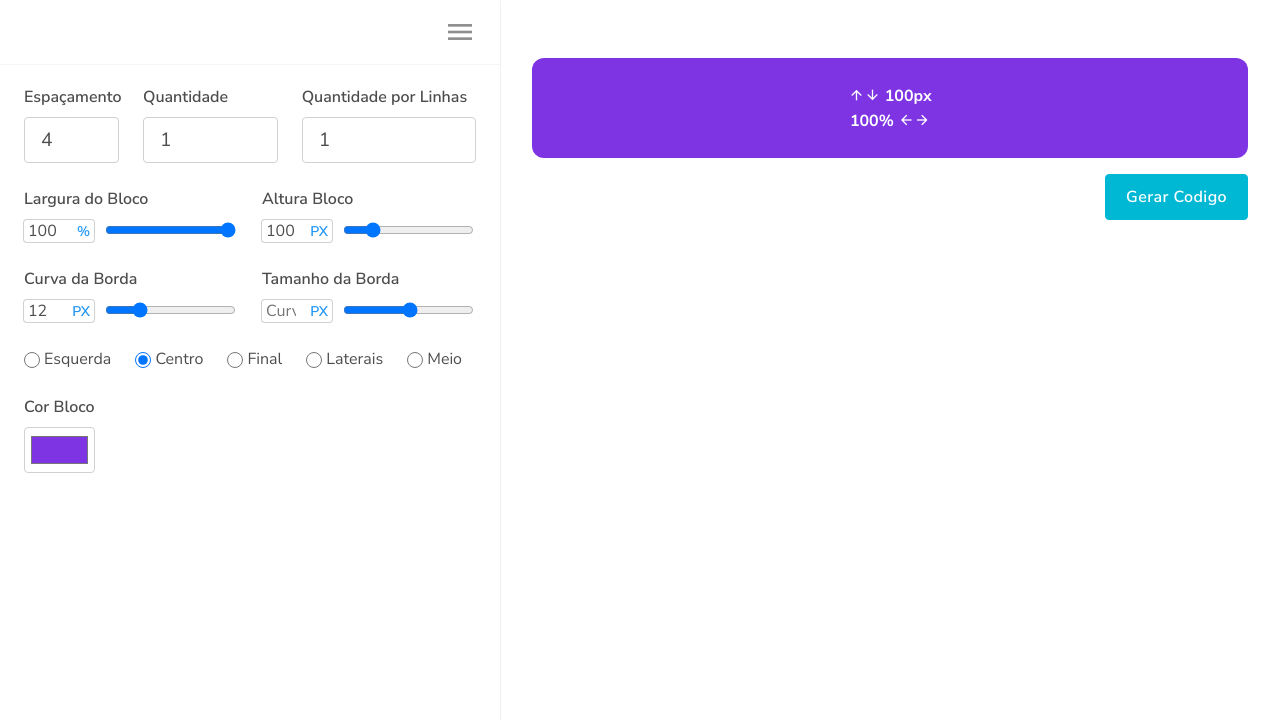
Repository: Flintdl/lowcode-elements
Page: /
An editor plug-in stored every save of this project. The page is shown before and after the next save, followed by the edit.
The browser window is 1280 px wide. The pictures show the whole page.
The project was rebuilt for these pictures with package versions that can differ from the ones it lists, and the page was loaded fresh each time. Also part of the build but not shown: vue.config.js.

Above is the page before, as saved 2022-04-05 14:35:30.

### src/components/Menu/MenuTemplate.vue
<template>
  <div>
    <div
      class="ham burger-link-mobile sf-display-flex sf-display-md-none"
      @click="menu"
    >
      <i class="mdi mdi-menu sf-text-xlg sf-text-muted sf-dropdown-action"></i>
    </div>
    <nav class="sf-menu">
      <div class="sf-menu-header">
        <div
          @click="menu"
          class="hamburger-link sf-display-none sf-display-md-block"
        >
          <i
            class="mdi mdi-menu sf-text-xlg sf-text-muted sf-dropdown-action"
          ></i>
        </div>
      </div>
      <div class="sf-menu-body">
        <ul class="sf-menu-ul">
          <li class="sf-menu-li sf-px-4">
            <div class="sf-row">
              <InputGapTemplate
                :valorInput="inputGap"
                v-on:callback="getValorCampo"
              />
              <InputQuantidadeTemplate
                :valorInput="inputQuantidade"
                v-on:callback="getValorCampoQuantidade"
              />
              <InputQuantLinhasTemplate
                :valorInput="inputQuantidadeLinha"
                v-on:callback="getValorCampoQuantidadeLinha"
              />
              <InputLarguraBloco
                :valorInput="inputRange"
                v-on:callback="getValorLarguraBloco"
              />
              <InputAlturaBloco
                :valorInput="valorHeight"
                v-on:callback="getValorAlturaBloco"
              />
              <InputBorderRadiusBloco
                :valorInput="inputBorderRadius"
                v-on:callback="getValorRadiusBloco"
              />
              <InputBorderBloco
                :valorInput="inputBorder"
                v-on:callback="getValorBorderBloco"
              />
            </div>
            <InputPosicaoBloco
              :valorInput="checkValue"
              v-on:callback="getValorPosicaoBloco"
            />
            <div class="sf-row">
              <div class="sf-col-auto sf-form-group">
                <label class="sf-label">Cor Bloco</label>
                <input
                  type="color"
                  id="inputColor"
                  v-model="inputColor"
                  class="sf-p-1 sf-text-capitalize"
                  placeholder="Quantidade de Blocos"
                />
              </div>
            </div>
          </li>
        </ul>
      </div>
    </nav>
    <div class="sf-content-page">
      <HomeView
        :valor="inputRange"
        :inputGap="inputGap"
        :valorHeight="valorHeight"
        :quantidade="parseInt(inputQuantidade)"
        :quantidadeLinha="inputQuantidadeLinha"
        :inputBorderRadius="inputBorderRadius"
        :checkValue="checkValue"
        :inputColor="inputColor"
      />
    </div>
    <div class="ga-mascara-fundo" @click="mask"></div>
  </div>
</template>

<script>
import HomeView from "@/views/HomeView.vue";
import InputGapTemplate from "@/components/templates/InputGapTemplate.vue";
import InputQuantidadeTemplate from "@/components/templates/InputQuantidadeTemplate.vue";
import InputQuantLinhasTemplate from "@/components/templates/InputQuantLinhasTemplate.vue";
import InputLarguraBloco from "@/components/templates/InputLarguraBloco.vue";
import InputAlturaBloco from "@/components/templates/InputAlturaBloco.vue";
import InputBorderRadiusBloco from "@/components/templates/InputBorderRadiusBloco.vue";
import InputBorderBloco from "@/components/templates/InputBorderBloco.vue";
import InputPosicaoBloco from "@/components/templates/InputPosicaoBloco.vue";
import image from "@/assets/logo-soften.webp";

export default {
  name: "MenuTemplate",
  data: function () {
    return {
      inputQuantidade: (this.inputQuantidade = "1"),
      inputQuantidadeLinha: (this.inputQuantidadeLinha = "1"),
      inputBorderRadius: (this.inputBorderRadius = "12"),
      inputRange: (this.inputRange = "100"),
      valorHeight: (this.valorHeight = "100"),
      inputGap: (this.inputGap = "4"),
      checkValue: (this.checkValue = "center"),
      inputColor: (this.inputColor = "#7e34e3"),
      inputBorder: (this.inputBorder = "3px"),
      image: image,
    };
  },
  components: {
    HomeView,
    InputGapTemplate,
    InputQuantidadeTemplate,
    InputQuantLinhasTemplate,
    InputLarguraBloco,
    InputAlturaBloco,
    InputPosicaoBloco,
    InputBorderRadiusBloco,
    InputBorderBloco,
  },
  beforeMount() {
    if (window.innerWidth >= 768) {
      if (localStorage.getItem("menu") === "fechado") {
        document.body.classList.add("menu-fechado");
      } else {
        document.body.classList.remove("menu-fechado");
      }
    }

    (function () {
      var current = window.location.pathname.split("")[0];
      if (current === "") return;
      var menuItems = document.querySelectorAll(".sf-menu-list-link");
      for (var i = 0, len = menuItems.length; i < len; i++) {
        if (menuItems[i].getAttribute("href").indexOf(current) !== -1) {
          menuItems[i].className += " active-nolink";
          menuItems[i].nextElementSibling.className += " active-nolink";
        }
      }
    })();
  },
  methods: {
    menu() {
      if (window.innerWidth >= 768) {
        document.body.classList.toggle("menu-fechado");
        if (document.body.classList.contains("menu-fechado")) {
          localStorage.setItem("menu", "fechado");
        } else {
          localStorage.removeItem("menu");
        }
      } else {
        document.body.classList.toggle("menu-mobile-aberto");
      }
    },
    mask() {
      document.body.classList.remove("menu-mobile-aberto");
    },
    getValorCampo(valor) {
      this.inputGap = valor;
    },
    getValorCampoQuantidade(valor) {
      this.inputQuantidade = valor;
    },
    getValorCampoQuantidadeLinha(valor) {
      this.inputQuantidadeLinha = valor;
    },
    getValorLarguraBloco(valor) {
      this.inputRange = valor;
    },
    getValorAlturaBloco(valor) {
      this.valorHeight = valor;
    },
    getValorRadiusBloco(valor) {
      this.inputBorderRadius = valor;
    },
    getValorBorderBloco(valor) {
      this.inputBorder = valor;
    },
    getValorPosicaoBloco(valor) {
      this.checkValue = valor;
    },
  },
};

// function dropdown(menu) {
//   var dropdowns = document.getElementsByClassName("sf-dropdown-menu");
//   var i;
//   for (i = 0; i < dropdowns.length; i++) {
//     var openDropdown = dropdowns[i];
//     if (openDropdown.classList.contains("show")) {
//       openDropdown.classList.remove("show");
//     }
//   }
//   document.querySelector(menu).classList.toggle("show");
// }
</script>

<style lang="scss">
@import "@/assets/scss/style.scss";
@import "@/assets/scss/standard.scss";
@import "@/assets/scss/menu.scss";
</style>

### src/assets/scss/_variables.scss
// Primarys Colors
$standardTextColor: #4d4d4d;

$primaryColor: #8e6dff;
$secondaryColor: #009997;
$buttonDisableColor: #9c9c9c;
$buttonDisableBgColor: #7676764d;

// Menu Colors

$bgMenuColor: #1d1d1d;
$linkMenuColor: #7b8089;
$iconMenuColor: #2a2a2a;
$borderMenuColor: #323232;

// Botão Colors

$btnPrimary: #00b8d4;
$btnPrimaryHover: #0085b0;

// Generics Colors

$whiteColor: #ffffff;
$mutedColor: #8f8f8f;
$cardColor: #f3f4f7;
$cardColorLight: #f9fafc;
$cardColorLightTwo: #f1f5fc;
$greyLight: #d1d1d1;

// Dropdown Colors

$dropdownHeaderColor: #5f5f5f;
$dropdownColor: #ebffff;

// State Colors

$successColor: #3dc661;
$dangerColor: #e7515a;
$warningColor: #e2a03f;
$infoColor: #2196f3;
$defaultColor: #172b4d;
$lightColor: #e0e0e0;

### src/views/HomeView.vue
<template>
  <div>
    <div class="sf-row">
      <div
        id="sf-preview-code-content"
        class="sf-col-12 sf-mx-auto sf-position-relative"
      >
        <!-- <div class="sf-display-flex sf-flex-wrap sf-width-100">
          <div
            id="sf-grid-template"
            class="sf-grid sf-position-relative"
            :style="{
              width: cssProps.width,
              height: String(valorHeight) + 'px',
              left: inputGap / 2 + 'px',
            }"
            v-bind:key="n"
            v-for="n of quantidade"
          ></div>
        </div> -->
        <div id="sf-preview-code">
          <div
            :style="gapProps"
            :class="[
              'sf-display-flex sf-flex-wrap sf-width-100',
              'sf-justify-content-' + checkValue,
            ]"
          >
            <DivGrid
              v-bind:key="n"
              v-for="n of quantidade"
              :tamanho="String(valor)"
              :altura="String(valorHeight)"
              :cssDefinido="cssProps"
              class="sf-position-relative"
            />
          </div>
        </div>
      </div>
      <div class="sf-col-12 sf-mt-3 sf-display-flex sf-justify-content-end">
        <button class="sf-btn sf-btn-primary" @click="gerarCodigo">
          Gerar Codigo
        </button>
      </div>
    </div>
    <div class="sf-row" v-if="htmlPreviewCode">
      <div class="sf-col-12 sf-mx-auto sf-mt-5 sf-code-content">
        <div class="sf-bg-code sf-p-4 sf-border-radius">
          <code>
            <span class="sf-text-info">Código do Preview</span> <br />
            {{ htmlPreviewCode }}
          </code>
        </div>
      </div>
    </div>
  </div>
</template>

<script>
// @ is an alias to /src

import DivGrid from "@/components/templates/DivGrid.vue";

export default {
  name: "HomeView",
  data: function () {
    return {
      htmlPreviewCode: null,
    };
  },
  components: {
    DivGrid,
  },
  props: {
    valor: String,
    inputGap: String,
    quantidade: Number,
    valorHeight: String,
    quantidadeLinha: String,
    inputBorderRadius: String,
    checkValue: String,
    inputColor: String,
    inputBorder: String,
  },
  computed: {
    cssProps() {
      return {
        width: `calc((${this.valor}% - ${this.inputGap}px * ${
          this.quantidadeLinha - "1"
        }) / ${this.quantidadeLinha})`,
        height: this.valorHeight + "px",
        "border-radius": this.inputBorderRadius + "px",
        "background-color": this.inputColor,
        border: this.inputBorder + "solid red",
      };
    },
    gapProps() {
      return {
        gap: this.inputGap + "px",
      };
    },
  },
  methods: {
    gerarCodigo() {
      this.htmlPreviewCode =
        document.getElementById("sf-preview-code").innerHTML;
    },
  },
};
</script>

<style>
#sf-grid-template:after {
  content: "";
  width: 100%;
  height: 150%;
  top: -25%;
  background-color: #ff008c0a;
  border: 1px solid rgba(255, 0, 140, 0.103);
  border-left: 2px solid #ff008c38;
  border-right: 2px solid #ff008c38;
  position: absolute;
}
</style>

### src/components/templates/InputGapTemplate.vue
<template>
  <div class="sf-col-3 sf-form-group">
    <label class="sf-label">Espaçamento</label>
    <input
      type="number"
      min="1"
      max="12"
      value="2"
      id="inputGap"
      v-model="valor"
      class="filter-states sf-text-capitalize"
      placeholder="Quantidade de Blocos"
    />
  </div>
</template>

<script>
export default {
  props: {
    valorInput: String,
  },
  computed: {
    valor: {
      get() {
        var inp = this.valorInput;
        return inp;
      },
      set(valorInput) {
        this.$emit("callback", valorInput);
      },
    },
  },
};
</script>

<style></style>

### src/components/templates/InputQuantidadeTemplate.vue
<template>
  <div class="sf-col-4 sf-form-group">
    <label class="sf-label">Quantidade</label>
    <input
      type="number"
      value="1"
      id="inputQuantidade"
      v-model="valor"
      class="filter-states sf-text-capitalize"
      placeholder="Quantidade de Blocos"
    />
  </div>
</template>

<script>
export default {
  props: {
    valorInput: String,
  },
  computed: {
    valor: {
      get() {
        var inp = this.valorInput;
        return inp;
      },
      set(valorInput) {
        this.$emit("callback", valorInput);
      },
    },
  },
};
</script>

<style></style>

### src/components/templates/InputQuantLinhasTemplate.vue
<template>
  <div class="sf-col-5 sf-form-group">
    <label class="sf-label">Quantidade por Linhas</label>
    <input
      type="number"
      min="1"
      max="12"
      value="1"
      id="inputQuantidadeLinha"
      v-model="valor"
      class="filter-states sf-text-capitalize"
      placeholder="Quantidade Linha"
    />
  </div>
</template>

<script>
export default {
  props: {
    valorInput: String,
  },
  computed: {
    valor: {
      get() {
        var inp = this.valorInput;
        return inp;
      },
      set(valorInput) {
        this.$emit("callback", valorInput);
      },
    },
  },
};
</script>

<style></style>

### src/components/templates/InputLarguraBloco.vue
<template>
  <div class="sf-col-6 sf-form-group">
    <label class="sf-label">Largura do Bloco</label>
    <div class="sf-input-group">
      <div
        class="sf-input-group-append sf-display-flex sf-justify-content-center"
      >
        <div
          class="sf-display-flex sf-align-items-center sf-justify-content-center sf-border-left-0 sf-border-radius sf-border-radius-left-0 sf-pr-2 sf-text-info sf-font-weight-bold sf-min-80-px"
        >
          <div class="sf-input-group">
            <input
              type="number"
              value="1"
              min="1"
              max="100"
              v-model="valor"
              class="sf-text-md sf-height-fit-content sf-pr-0 sf-pl-1 sf-border-right-0 sf-border-radius-right-0 sf-text-capitalize"
              placeholder="Curva da Borda"
            />
            <div
              class="sf-input-group-append sf-display-flex sf-justify-content-center"
            >
              <div
                class="sf-display-flex sf-align-items-center sf-border sf-justify-content-center sf-border-left-0 sf-border-radius sf-border-radius-left-0 sf-pr-1 sf-text-info sf-font-weight-bold sf-text-sm"
              >
                %
              </div>
            </div>
          </div>
        </div>
      </div>
      <input
        type="range"
        min="10"
        max="100"
        value="10"
        id="inputRange"
        v-model="valor"
        class="sf-px-0 sf-border-right-0 sf-border-radius-right-0 sf-text-capitalize"
      />
    </div>
  </div>
</template>

<script>
export default {
  props: {
    valorInput: String,
  },
  computed: {
    valor: {
      get() {
        var inp = this.valorInput;
        return inp;
      },
      set(valorInput) {
        this.$emit("callback", valorInput);
      },
    },
  },
};
</script>

<style></style>

### src/components/templates/InputAlturaBloco.vue
<template>
  <div class="sf-col-6 sf-form-group">
    <label class="sf-label">Altura Bloco</label>
    <div class="sf-input-group">
      <div
        class="sf-input-group-append sf-display-flex sf-justify-content-center"
      >
        <div
          class="sf-display-flex sf-align-items-center sf-justify-content-center sf-border-left-0 sf-border-radius sf-border-radius-left-0 sf-pr-2 sf-text-info sf-font-weight-bold sf-min-80-px"
        >
          <div class="sf-input-group">
            <input
              type="number"
              value="1"
              min="1"
              max="500"
              v-model="valor"
              class="sf-text-md sf-height-fit-content sf-pr-0 sf-pl-1 sf-border-right-0 sf-border-radius-right-0 sf-text-capitalize"
              placeholder="Curva da Borda"
            />
            <div
              class="sf-input-group-append sf-display-flex sf-justify-content-center"
            >
              <div
                class="sf-display-flex sf-align-items-center sf-border sf-justify-content-center sf-border-left-0 sf-border-radius sf-border-radius-left-0 sf-pr-1 sf-text-info sf-font-weight-bold sf-text-sm"
              >
                PX
              </div>
            </div>
          </div>
        </div>
      </div>
      <input
        type="range"
        min="10"
        max="500"
        id="valorHeight"
        v-model="valor"
        class="sf-px-0 sf-border-right-0 sf-border-radius-right-0 sf-text-capitalize"
      />
    </div>
  </div>
</template>

<script>
export default {
  props: {
    valorInput: String,
  },
  computed: {
    valor: {
      get() {
        var inp = this.valorInput;
        return inp;
      },
      set(valorInput) {
        this.$emit("callback", valorInput);
      },
    },
  },
};
</script>

<style></style>

### src/components/templates/InputBorderRadiusBloco.vue
<template>
  <div class="sf-col-6 sf-form-group">
    <label class="sf-label">Curva da Borda</label>
    <div class="sf-input-group">
      <div
        class="sf-input-group-append sf-display-flex sf-justify-content-center"
      >
        <div
          class="sf-display-flex sf-align-items-center sf-justify-content-center sf-border-left-0 sf-border-radius sf-border-radius-left-0 sf-pr-2 sf-text-info sf-font-weight-bold sf-min-80-px"
        >
          <div class="sf-input-group">
            <input
              type="number"
              value="1"
              min="1"
              max="50"
              v-model="valor"
              class="sf-text-md sf-height-fit-content sf-pr-0 sf-pl-1 sf-border-right-0 sf-border-radius-right-0 sf-text-capitalize"
              placeholder="Curva da Borda"
            />
            <div
              class="sf-input-group-append sf-display-flex sf-justify-content-center"
            >
              <div
                class="sf-display-flex sf-align-items-center sf-border sf-justify-content-center sf-border-left-0 sf-border-radius sf-border-radius-left-0 sf-pr-1 sf-text-info sf-font-weight-bold sf-text-sm"
              >
                PX
              </div>
            </div>
          </div>
        </div>
      </div>
      <input
        type="range"
        value="1"
        min="1"
        max="50"
        id="inputBorderRadius"
        v-model="valor"
        class="sf-px-0 sf-border-right-0 sf-border-radius-right-0 sf-text-capitalize"
        placeholder="Curva da Borda"
      />
    </div>
  </div>
</template>

<script>
export default {
  props: {
    valorInput: String,
  },
  computed: {
    valor: {
      get() {
        var inp = this.valorInput;
        return inp;
      },
      set(valorInput) {
        this.$emit("callback", valorInput);
      },
    },
  },
};
</script>

<style></style>

### src/components/templates/InputBorderBloco.vue
<template>
  <div class="sf-col-6 sf-form-group">
    <label class="sf-label">Tamanho da Borda</label>
    <div class="sf-input-group">
      <div
        class="sf-input-group-append sf-display-flex sf-justify-content-center"
      >
        <div
          class="sf-display-flex sf-align-items-center sf-justify-content-center sf-border-left-0 sf-border-radius sf-border-radius-left-0 sf-pr-2 sf-text-info sf-font-weight-bold sf-min-80-px"
        >
          <div class="sf-input-group">
            <input
              type="number"
              value="1"
              min="1"
              max="50"
              v-model="valor"
              class="sf-text-md sf-height-fit-content sf-pr-0 sf-pl-1 sf-border-right-0 sf-border-radius-right-0 sf-text-capitalize"
              placeholder="Curva da Borda"
            />
            <div
              class="sf-input-group-append sf-display-flex sf-justify-content-center"
            >
              <div
                class="sf-display-flex sf-align-items-center sf-border sf-justify-content-center sf-border-left-0 sf-border-radius sf-border-radius-left-0 sf-pr-1 sf-text-info sf-font-weight-bold sf-text-sm"
              >
                PX
              </div>
            </div>
          </div>
        </div>
      </div>
      <input
        type="range"
        value="1"
        min="1"
        max="50"
        id="inputBorder"
        v-model="valor"
        class="sf-px-0 sf-border-right-0 sf-border-radius-right-0 sf-text-capitalize"
        placeholder="Curva da Borda"
      />
    </div>
  </div>
</template>

<script>
export default {
  props: {
    valorInput: String,
  },
  computed: {
    valor: {
      get() {
        var inp = this.valorInput;
        return inp;
      },
      set(valorInput) {
        this.$emit("callback", valorInput);
      },
    },
  },
};
</script>

<style></style>

### src/components/templates/InputPosicaoBloco.vue
<template>
  <div class="sf-row">
    <div class="sf-col-auto sf-form-group">
      <input
        id="start"
        type="radio"
        name="positionDivs"
        v-model="valor"
        value="start"
        checked
      />
      <label for="start"> Esquerda</label>
    </div>

    <div class="sf-col-auto sf-form-group">
      <input
        type="radio"
        id="center"
        name="positionDivs"
        v-model="valor"
        value="center"
      />
      <label for="center"> Centro</label>
    </div>

    <div class="sf-col-auto sf-form-group">
      <input
        type="radio"
        id="end"
        name="positionDivs"
        v-model="valor"
        value="end"
      />
      <label for="end"> Final</label>
    </div>
    <div class="sf-col-auto sf-form-group">
      <input
        type="radio"
        id="between"
        name="positionDivs"
        v-model="valor"
        value="between"
      />
      <label for="between"> Laterais</label>
    </div>
    <div class="sf-col-auto sf-form-group">
      <input
        type="radio"
        id="around"
        name="positionDivs"
        v-model="valor"
        value="around"
      />
      <label for="around"> Meio</label>
    </div>
  </div>
</template>

<script>
export default {
  props: {
    valorInput: String,
  },
  computed: {
    valor: {
      get() {
        var inp = this.valorInput;
        return inp;
      },
      set(valorInput) {
        this.$emit("callback", valorInput);
      },
    },
  },
};
</script>

<style></style>

### src/components/templates/DivGrid.vue
<template>
  <div class="sf-position-relative sf-overflow-hidden" :style="cssDefinido">
    <span
      class="sf-position-absolute sf-centerAbsolute-xy sf-text-white sf-font-weight-extra-bold sf-text-center"
      :style="tamanho"
    >
      <i
        class="mdi mdi-arrow-up sf-text-md sf-text-white sf-dropdown-action"
      ></i>
      <i
        class="mdi mdi-arrow-down sf-text-md sf-text-white sf-dropdown-action"
      ></i>
      {{ altura }}px <br />

      {{ tamanho }}%
      <i
        class="mdi mdi-arrow-left sf-text-md sf-text-white sf-dropdown-action"
      ></i>
      <i
        class="mdi mdi-arrow-right sf-text-md sf-text-white sf-dropdown-action"
      ></i>
    </span>
  </div>
</template>

<script>
export default {
  props: {
    cssDefinido: Object,
    tamanho: String,
    altura: String,
  },
};
</script>

<style></style>

Loaded but not shown: public/index.html (common file); src/main.js (common file); src/App.vue (common file); src/registerServiceWorker.js (common file); src/router/index.js (common file); src/assets/scss/materialdesignicons.scss (9 lines, source omitted); src/assets/scss/style.scss (4095 lines, source omitted); src/assets/scss/menu.scss (396 lines, source omitted); src/assets/scss/standard.scss (381 lines, source omitted)

After the next save:
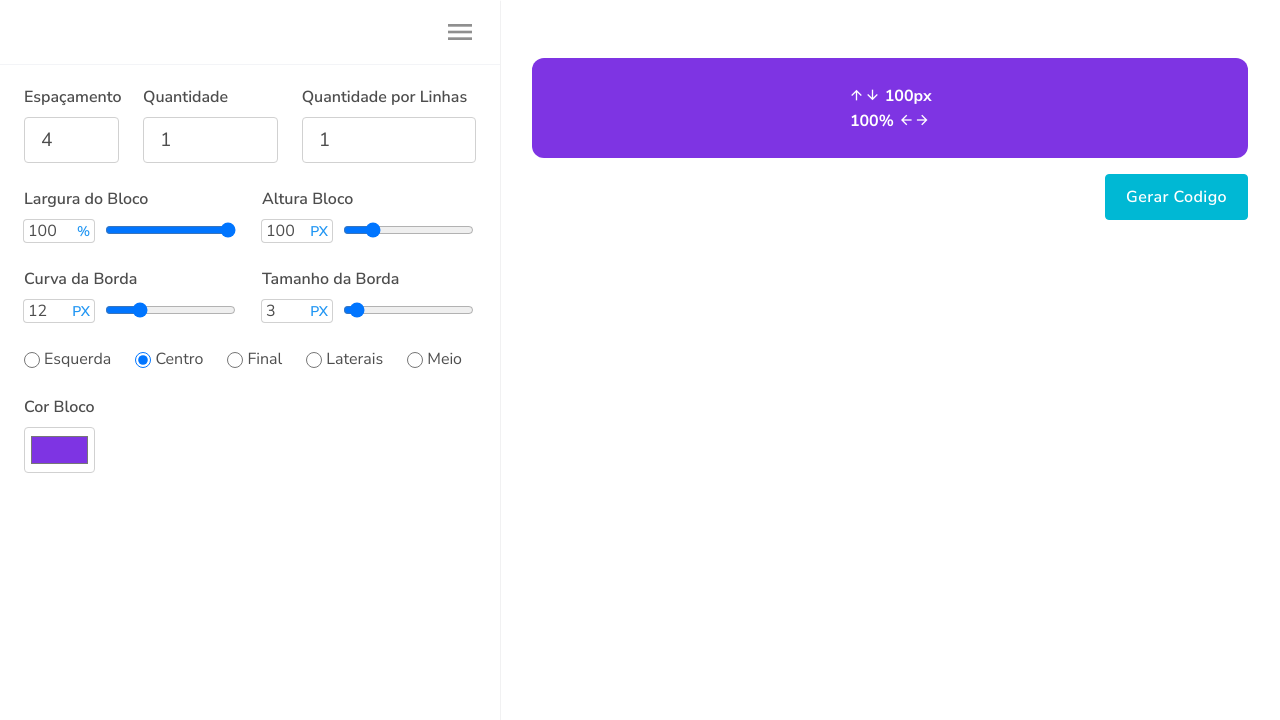
Saved 79 s later.
--- a/src/components/Menu/MenuTemplate.vue
+++ b/src/components/Menu/MenuTemplate.vue
@@ -110,7 +110,7 @@ export default {
       inputGap: (this.inputGap = "4"),
       checkValue: (this.checkValue = "center"),
       inputColor: (this.inputColor = "#7e34e3"),
-      inputBorder: (this.inputBorder = "3px"),
+      inputBorder: (this.inputBorder = "3"),
       image: image,
     };
   },
